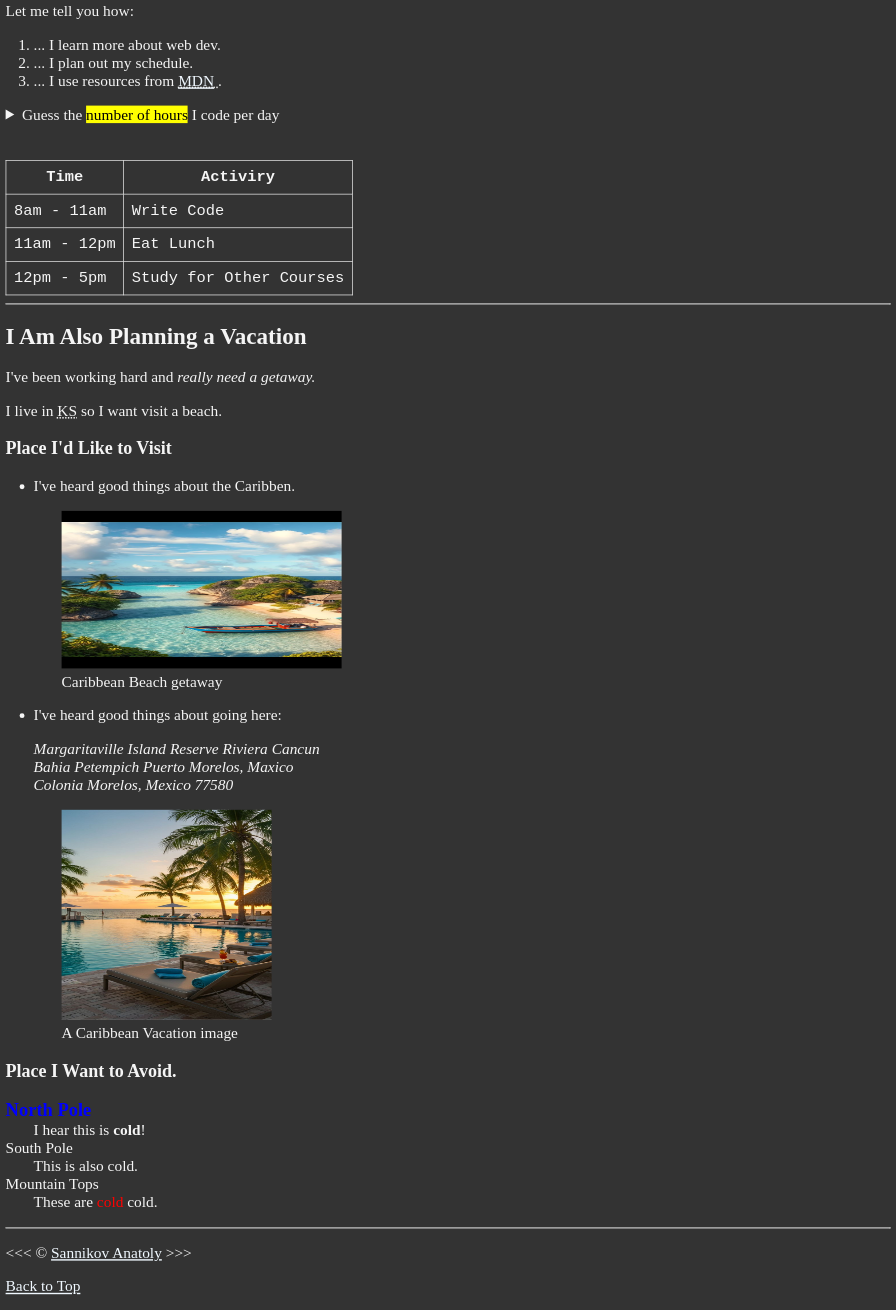
Repository: sannikovcode/exercises-a1
Page: JS/test1/task3/index.html
An editor plug-in stored every save of this project. The page is shown before and after the next save, followed by the edit.
The browser window is 1280 px wide. The pictures show the part of the page from y = 867 to 2787 px (the page is 2739 px tall before and 2787 px after), at 70% of full size.

Above is the page before, as saved 2025-10-15 08:21:23.

After the next save:
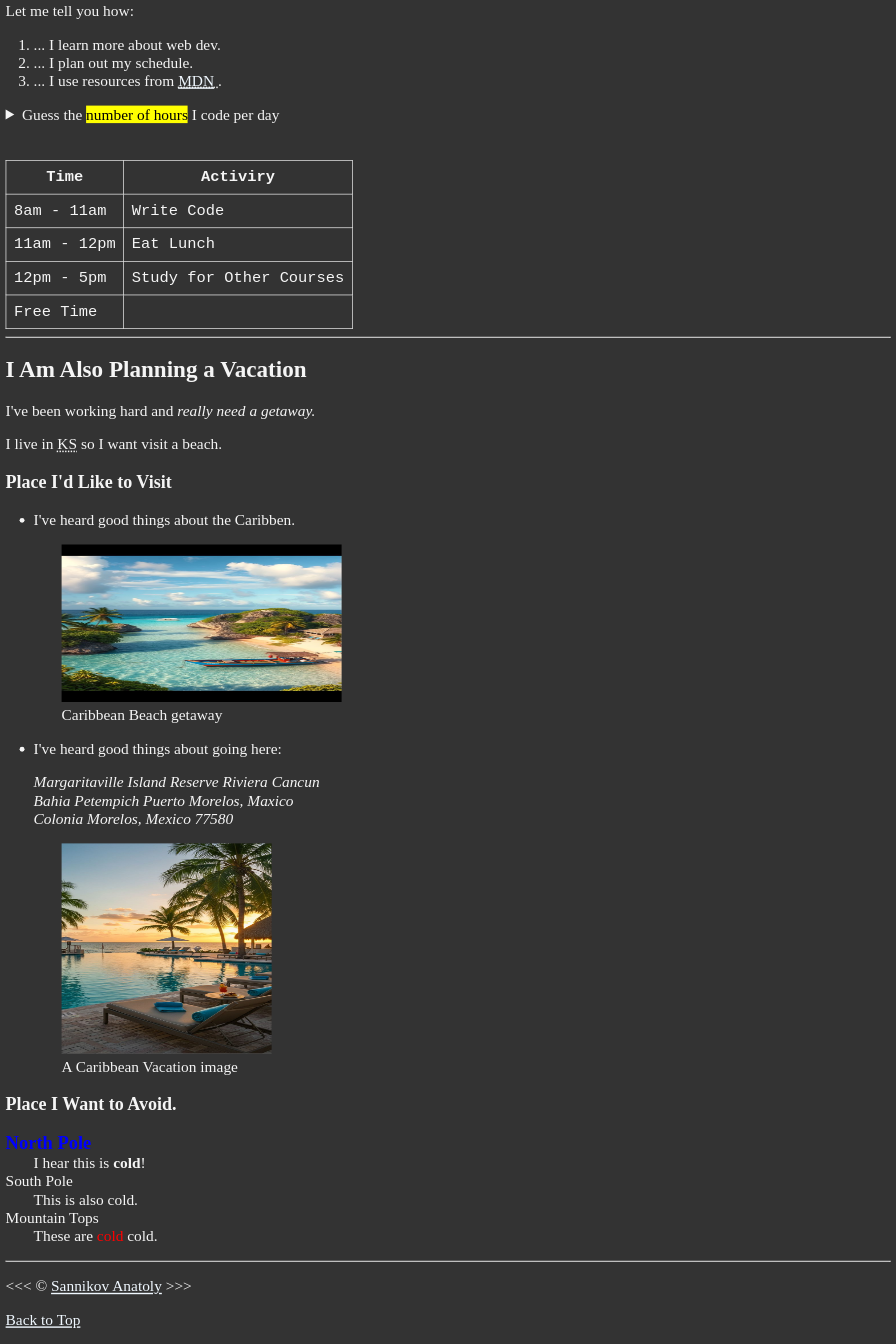
Saved 2 min 37 s later.
--- a/JS/test1/task3/index.html
+++ b/JS/test1/task3/index.html
@@ -85,6 +85,9 @@
             </td>
             <td>Study for Other Courses</td>
           </tr>
+          <tr>
+            <td>Free Time</td>
+          </tr>
         </table>
 
 
